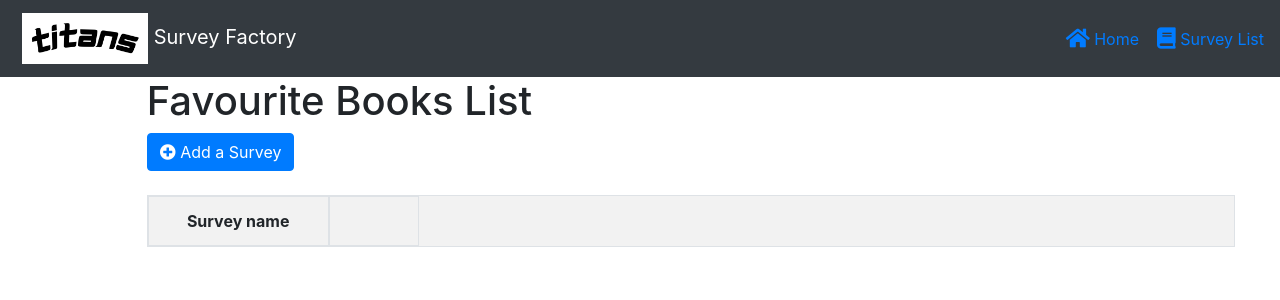
Repository: lord-NAVY/titans
Page: http://localhost/book-list
The author's editor kept a copy of each file at every save. The page is drawn from the files as they stood at one save, then again after the next save.
The browser window is 1280 px wide. The pictures show the whole page.
The page is served by the project's Node server (server.js). Other server files are loaded and not shown. Queries for data that is not in the repository find no rows.

Above is the page before, as saved 2021-11-09 21:13:14.

### server/views/book/index.ejs
<%- include ../partials/header.ejs %>

<%- include ../partials/main_nav.ejs %>


  <!-- Main Content -->
  <main class="container-fluid">
    <div class="container-fluid">
        <div class="offset-md-1 col-md-11">
            <h1>Favourite Books List</h1>

            <!-- FIX THE ADD BUTTON BELOW -->
            <a href="/book-list/add" class="btn btn-primary" role="button">
            <i class="fas fa-plus-circle"></i> Add a Survey</a>
            <br><br>
            <table class="table table-bordered table-striped table-hover">
                <!-- Header Row-->
                <tr class="d-flex">
                    <th class="text-center col-2">Survey name</th>

                    <th class="text-center col-1"></th>
                </tr>
                <!-- Repeatable Template Row -->

                <% for(let count = 0; count < BookList.length; count++) { %>
                    <tr class="d-flex">
                        <th class="text-center col-2">Question <%=count%></th>

                        <td class="text-center col-2"><%= BookList[count].Title%></td>
                        <td class="text-center col-2"><%= BookList[count].Description %></td>
                        <td class="text-center col-2"><%= BookList[count].Price%></td>
                        <td class="text-center col-2"><%= BookList[count].Author %></td>
                        <td class="text-center col-2"><%= BookList[count].Genre %></td>
                        <td class="text-center col-1">

                    <!-- ADD the EDIT BUTTON HERE -->


                            <a href="/book-list/edit/<%= BookList[count]._id %>" class="btn btn-primary btn-sm">
                            <i class="fas fa-pencil-alt"></i> Edit</a>
                        </td>
                        <td class="text-center col-1">

                         <!-- ADD the DELETE BUTTON HERE -->
                            <a href="/book-list/delete/<%= BookList[count]._id %>" class="btn btn-danger btn-sm">
                            <i class="fas fa-trash-alt"></i> Delete</a>
                        </td>
                    </tr>
                <% } %>
            </table>
        </div>
    </div>
  </main>

### server/views/partials/main_nav.ejs
<!-- Main Navigation -->
  <nav class="navbar navbar-expand-lg navbar-dark bg-dark">
      <a class="navbar-brand" href="/"><i class="fa fa-bookmark-o"></i> <img src="assets/images/logo.png" width="20%"> Survey Factory</a>
    <button class="navbar-toggler" type="button" data-toggle="collapse" data-target="#navbarSupportedContent" aria-controls="navbarSupportedContent" aria-expanded="false" aria-label="Toggle navigation">
      <span class="navbar-toggler-icon"></span>
    </button>

    <div class="collapse navbar-collapse" id="navbarSupportedContent">
      <ul class="navbar-nav ml-auto">

           <% if(title == "Home") { %>
          <li class="active"><a href="/"><i class="fa fa-home fa-lg"></i> Home   &nbsp; &nbsp; </a></li>
        <% } else { %>
          <li><a href="/"><i class="fa fa-home fa-lg"></i> Home &nbsp; &nbsp;   </a></li>
        <% } %>

          <% if(title == "books") { %>
          <li class="active"><a href="/books"><i class="fa fa-book fa-lg">
          </i>    Survey List</a></li>
          <% } else { %>
            <li><a href="/book-list"><i class="fa fa-book fa-lg">
            </i>   Survey List</a></li>
          <% } %>
</ul>
    </div>
  </nav>

### server.js
#!/usr/bin/env node

/* server.js
Students's name: Arshpreet Singh
StudentID: 301174738
Date: 31 October, 2021
*/

/**
 * Module dependencies.
 */

var app = require('./server/config/app');
var debug = require('debug')('week-4:server');
var http = require('http');

/**
 * Get port from environment and store in Express.
 */

var port = normalizePort(process.env.PORT || '3000');
app.set('port', port);

/**
 * Create HTTP server.
 */

var server = http.createServer(app);

/**
 * Listen on provided port, on all network interfaces.
 */

server.listen(port);
server.on('error', onError);
server.on('listening', onListening);

/**
 * Normalize a port into a number, string, or false.
 */

function normalizePort(val) {
  var port = parseInt(val, 10);

  if (isNaN(port)) {
    // named pipe
    return val;
  }

  if (port >= 0) {
    // port number
    return port;
  }

  return false;
}

/**
 * Event listener for HTTP server "error" event.
 */

function onError(error) {
  if (error.syscall !== 'listen') {
    throw error;
  }

  var bind = typeof port === 'string'
    ? 'Pipe ' + port
    : 'Port ' + port;

  // handle specific listen errors with friendly messages
  switch (error.code) {
    case 'EACCES':
      console.error(bind + ' requires elevated privileges');
      process.exit(1);
      break;
    case 'EADDRINUSE':
      console.error(bind + ' is already in use');
      process.exit(1);
      break;
    default:
      throw error;
  }
}

/**
 * Event listener for HTTP server "listening" event.
 */

function onListening() {
  var addr = server.address();
  var bind = typeof addr === 'string'
    ? 'pipe ' + addr
    : 'port ' + addr.port;
  debug('Listening on ' + bind);
}

### server/controllers/book.js
/* book.js
Students's name: Arshpreet Singh
StudentID: 301174738
Date: 31 October, 2021
Web app name: COMP229-F2021-MidTerm-301174738
*/

let express = require('express');
let router = express.Router();
let mongoose = require('mongoose');

// create a reference to the model
let Book = require('../models/book');

module.exports.displayBookList = (req, res, next) => {
    Book.find((err, bookList) => {
        if(err)
        {
            return console.error(err);
        }
        else
        {
            //console.log(BookList);

            res.render('book/index', {title: 'Books', BookList: bookList});
        }
    });
}

module.exports.displayAddPage = (req, res, next) => {
    res.render('book/details', {title: 'Add Book'})
}

module.exports.processAddPage = (req, res, next) => {
    let newBook = Book({
        "Title": req.body.Title,
        "Author": req.body.Author,
        "Genre": req.body.Genre,
        "Description": req.body.Description,
        "Price": req.body.Price
    });

    Book.create(newBook, (err, Book) =>{
        if(err)
        {
            console.log(err);
            res.end(err);
        }
        else
        {
            // refresh the book list
            res.redirect('/book-list');
        }
    });

}

module.exports.displayEditPage = (req, res, next) => {
    let id = req.params.id;

    Book.findById(id, (err, bookToEdit) => {
        if(err)
        {
            console.log(err);
            res.end(err);
        }
        else
        {
            //show the edit view
            res.render('book/edit', {title: 'Edit Book', book: bookToEdit})
        }
    });
}

module.exports.processEditPage = (req, res, next) => {
    let id = req.params.id

    let updatedBook = Book({
        "_id": id,
        "Title": req.body.Title,
        "Author": req.body.Author,
        "Genre": req.body.Genre,
        "Description": req.body.Description,
        "Price": req.body.Price
    });

    Book.updateOne({_id: id}, updatedBook, (err) => {
        if(err)
        {
            console.log(err);
            res.end(err);
        }
        else
        {
            // refresh the book list
            res.redirect('/book-list');
        }
    });
}

module.exports.performDelete = (req, res, next) => {
    let id = req.params.id;

    Book.remove({_id: id}, (err) => {
        if(err)
        {
            console.log(err);
            res.end(err);
        }
        else
        {
             // refresh the book list
             res.redirect('/book-list');
        }
    });
}

### public/Content/app.css
/* app.css
Students's name: Arshpreet Singh
StudentID: 301174738
Date: 31 October, 2021
Web app name: COMP229-F2021-MidTerm-301174738
*/

/* custom css goes here */

Loaded but not shown: server/views/partials/header.ejs (common file)

After the next save:
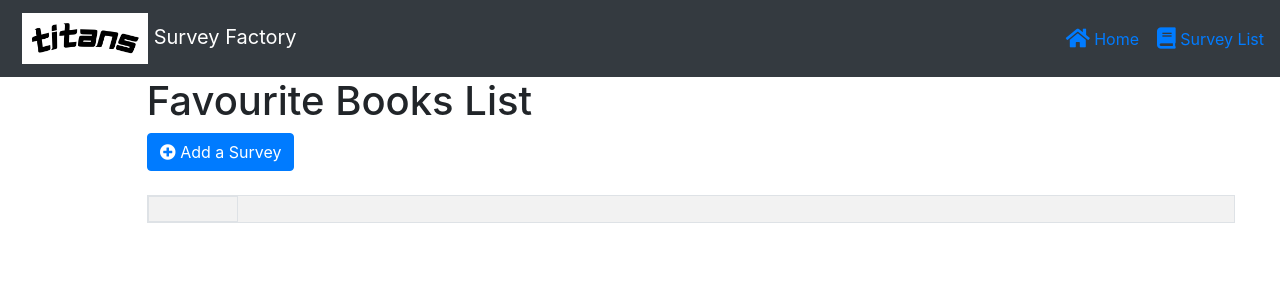
Saved 91 s later.
--- a/server/views/book/index.ejs
+++ b/server/views/book/index.ejs
@@ -16,7 +16,6 @@
             <table class="table table-bordered table-striped table-hover">
                 <!-- Header Row-->
                 <tr class="d-flex">
-                    <th class="text-center col-2">Survey name</th>
 
                     <th class="text-center col-1"></th>
                 </tr>
@@ -24,9 +23,11 @@
 
                 <% for(let count = 0; count < BookList.length; count++) { %>
                     <tr class="d-flex">
+
+                       Survey Name: <%= BookList[count].Title%><BR><br>
+
                         <th class="text-center col-2">Question <%=count%></th>
 
-                        <td class="text-center col-2"><%= BookList[count].Title%></td>
                         <td class="text-center col-2"><%= BookList[count].Description %></td>
                         <td class="text-center col-2"><%= BookList[count].Price%></td>
                         <td class="text-center col-2"><%= BookList[count].Author %></td>

After the 2 saves that followed:
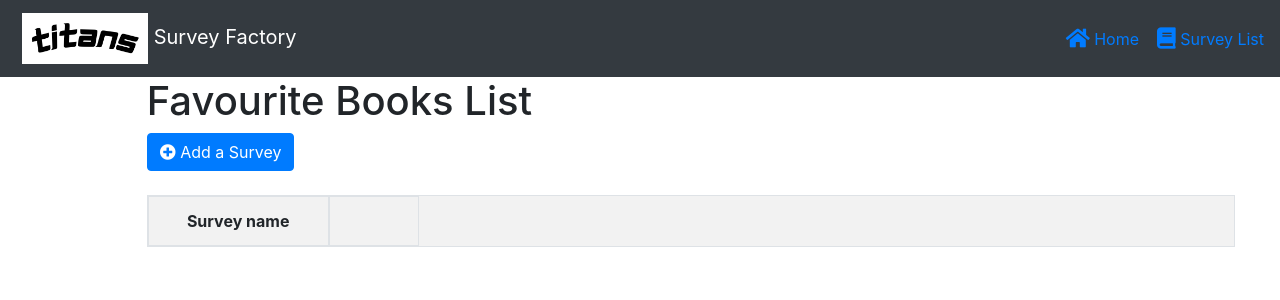
The 2 saves are shown as one change because 1 left the picture as it was.
The last was saved 2 min 36 s later.
--- a/server/views/book/index.ejs
+++ b/server/views/book/index.ejs
@@ -16,7 +16,7 @@
             <table class="table table-bordered table-striped table-hover">
                 <!-- Header Row-->
                 <tr class="d-flex">
-
+                   <th class="text-center col-2">Survey name</th>
                     <th class="text-center col-1"></th>
                 </tr>
                 <!-- Repeatable Template Row -->
@@ -24,14 +24,14 @@
                 <% for(let count = 0; count < BookList.length; count++) { %>
                     <tr class="d-flex">
 
-                       Survey Name: <%= BookList[count].Title%><BR><br>
+                       <th class="text-center col-2"><%= BookList[count].Title%></th><BR><br>
 
-                        <th class="text-center col-2">Question <%=count%></th>
+                        Question <%=count%><br>
 
-                        <td class="text-center col-2"><%= BookList[count].Description %></td>
-                        <td class="text-center col-2"><%= BookList[count].Price%></td>
-                        <td class="text-center col-2"><%= BookList[count].Author %></td>
-                        <td class="text-center col-2"><%= BookList[count].Genre %></td>
+                        <%= BookList[count].Description %>
+                        <%= BookList[count].Price%>
+                        <%= BookList[count].Author %>
+                        <%= BookList[count].Genre %>
                         <td class="text-center col-1">
 
                     <!-- ADD the EDIT BUTTON HERE -->
